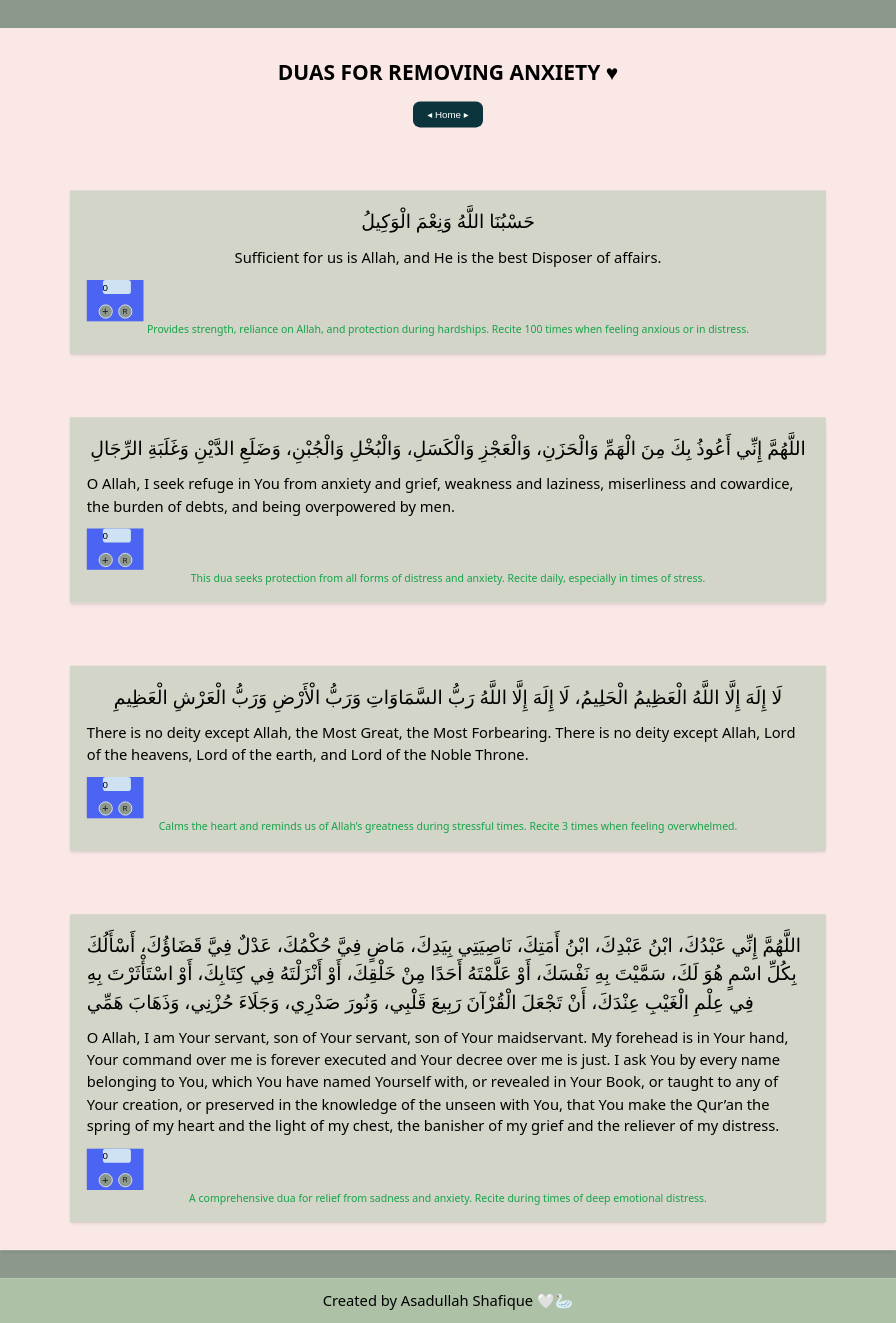
Repository: asadullah48/Duas_Diary
Page: /anxiety
The author's editor kept a copy of each file at every save. The page is drawn from the files as they stood at one save, then again after the next save.
The browser window is 1280 px wide. The pictures show the whole page, at 70% of full size.
The project was rebuilt for these pictures with package versions that can differ from the ones it lists, and the page was loaded fresh each time. The framework's server and built-in components were replaced by stand-ins that run in the browser. Also part of the build but not shown: next.config.ts.

Above is the page before, as saved 2024-11-30 10:19:23.

After the next save:
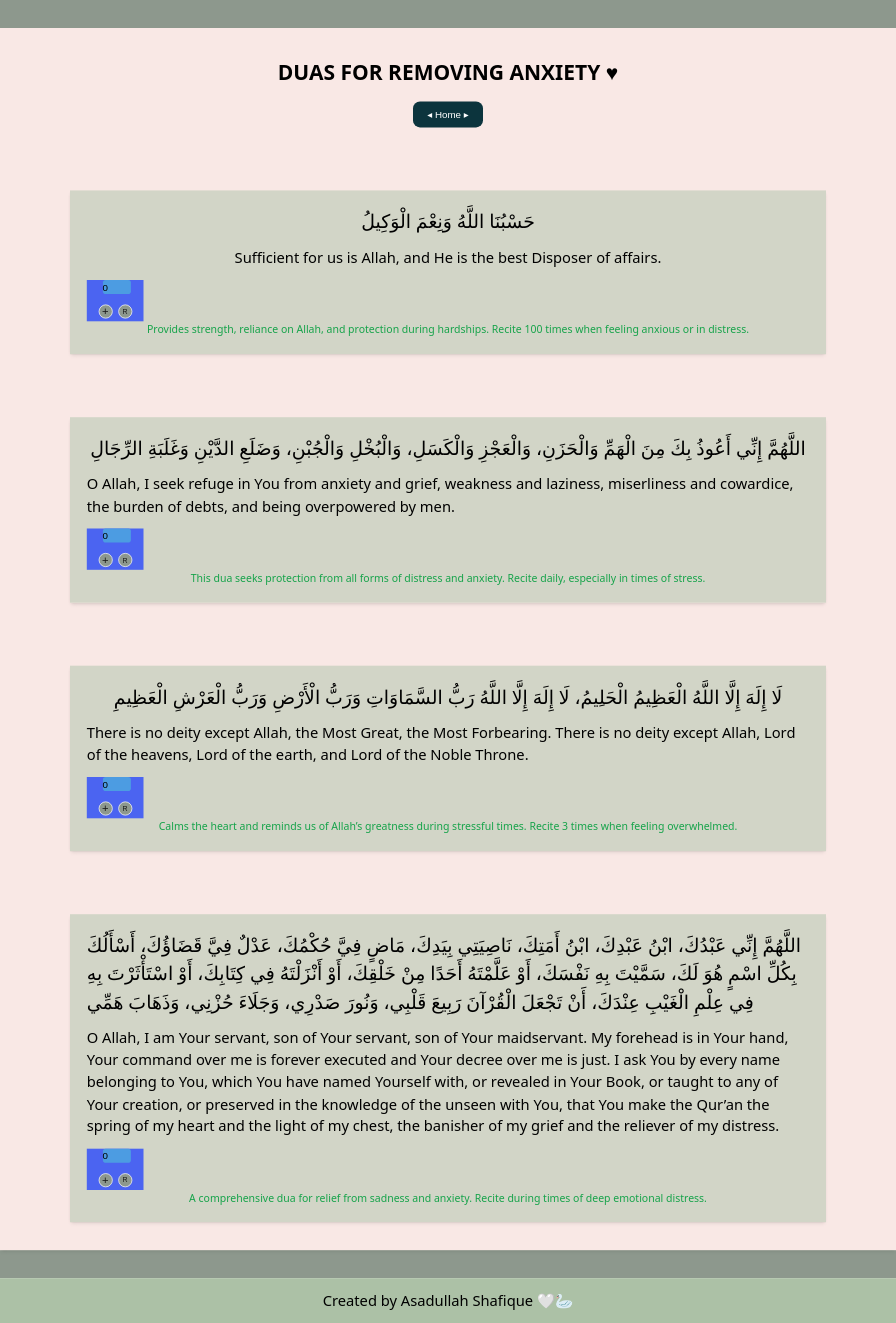
Saved 14 s later.
--- a/src/components/button.tsx
+++ b/src/components/button.tsx
@@ -17,7 +17,7 @@ export default function Button() {
 
   return (
     <div className="bg-[#4b64f1] w-[81px] h-[59px] flex flex-col items-center justify-between">
-      <p className="text-black w-[40px] flex text-sm bg-[#cfe2f3] rounded ml-1">
+      <p className="text-black w-[40px] flex text-sm bg-[#4c9ce2] rounded ml-1">
         {count}
       </p>
 
